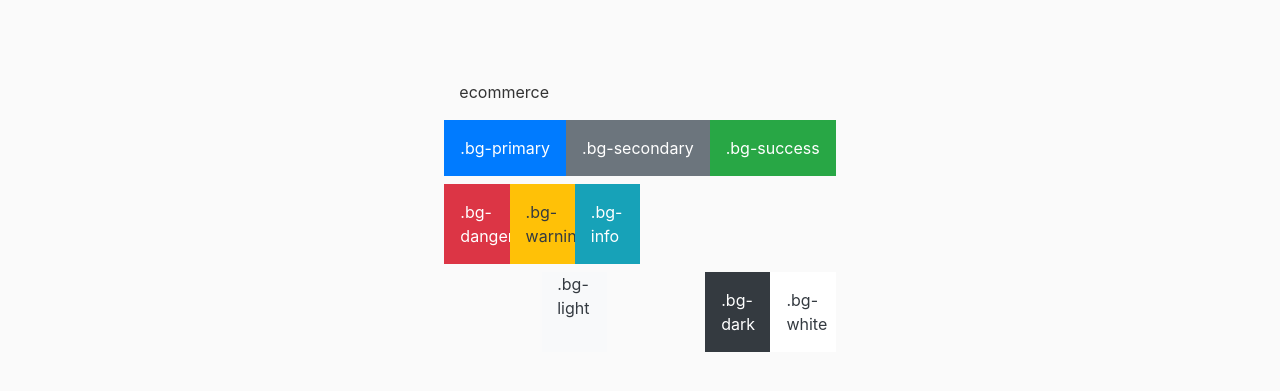
Repository: khanhdk0000/first_proj
Page: http://localhost/about?my_var=ecommerce
These files come from the project's save history. The page is drawn as it stood at one moment and after a run of saves; the edit follows.
The browser window is 1280 px wide. The pictures show the whole page.
Some web libraries are served in a nearby version. The page is served by the project's application, run on Flask 3 (flaskblog.py).

Above is the page before, as saved 2021-05-25 11:48:47.

After the next 5 saves:
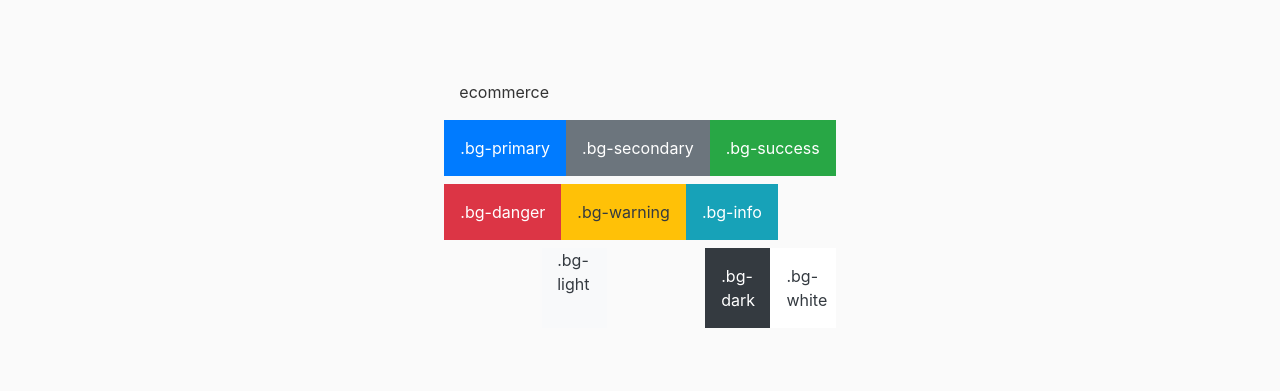
The 5 saves are shown as one change because they came seconds apart.
The last was saved 19 s later.
--- a/templates/about.html
+++ b/templates/about.html
@@ -9,9 +9,9 @@
 </div>
 
 <div class="row">
-    <div class="col-2 p-3 mb-2 bg-danger text-white">.bg-danger</div>
-    <div class="col-2 p-3 mb-2 bg-warning text-dark">.bg-warning</div>
-    <div class="col-2 p-3 mb-2 bg-info text-white">.bg-info</div>
+    <div class="col-md-auto p-3 mb-2 bg-danger text-white">.bg-danger</div>
+    <div class="col-md-auto p-3 mb-2 bg-warning text-dark">.bg-warning</div>
+    <div class="col-md-auto p-3 mb-2 bg-info text-white">.bg-info</div>
 </div>
 
 <div class="row">
